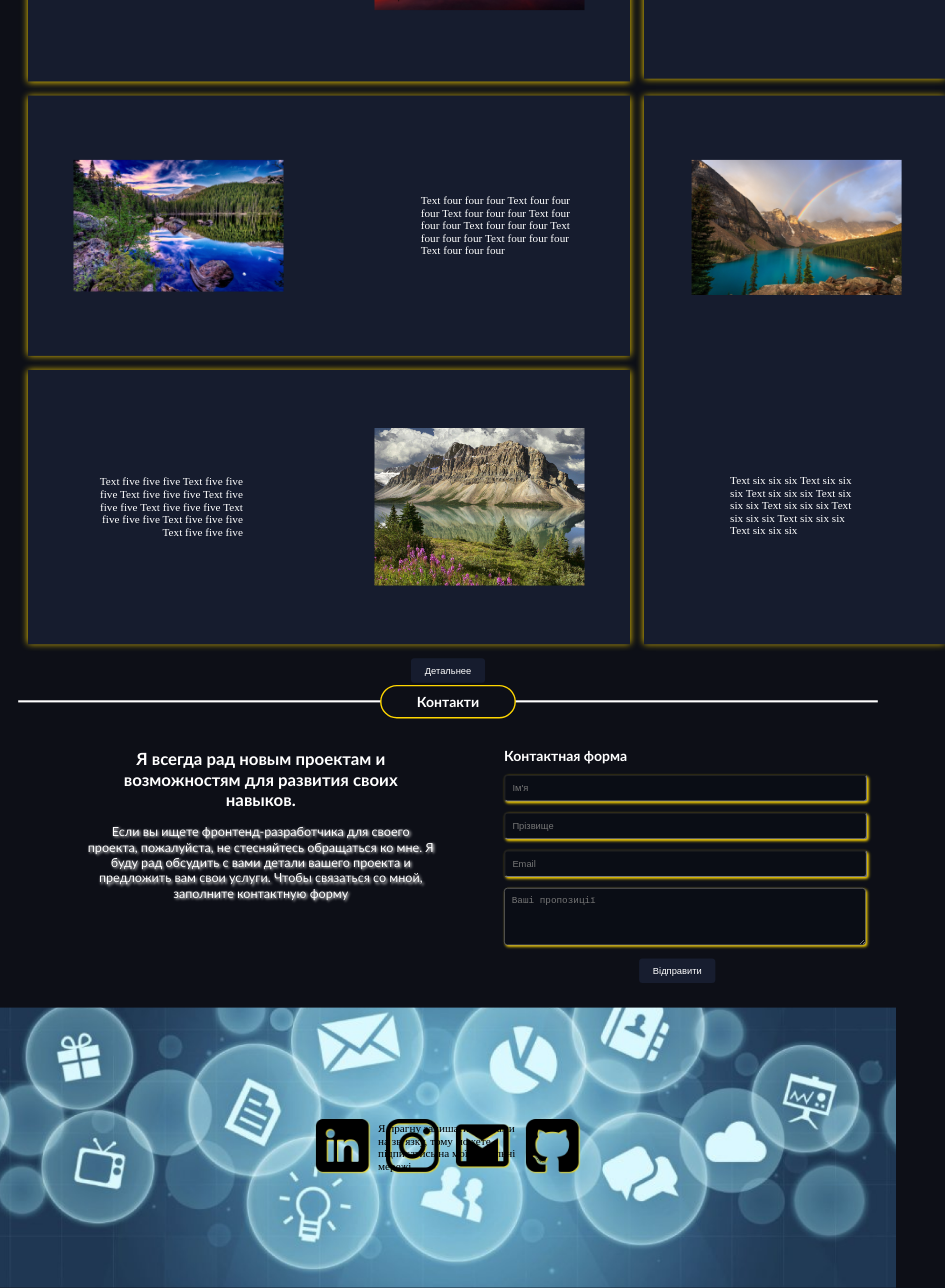
Repository: qtqqrdy13/cv-2
Page: index.html
The author's editor kept a copy of each file at every save. The page is drawn from the files as they stood at one save, then again after the next save.
The browser window is 1280 px wide. The page is 1350 px wide, so the pictures cover 1350 px, including what lies to the right of the window. The pictures show the part of the page from y = 3628 to 5468 px (the page is 5468 px tall), at 70% of full size.

Above is the page before, as saved 2023-10-12 16:56:07.

### index.html
<!DOCTYPE html>
<html lang="en">

<head>
    <link rel="stylesheet" href="main.css">
    <meta charset="UTF-8">
    <meta name="viewport" content="width=device-width, initial-scale=1.0">
    <title>Батуров Олексій</title>
</head>

<body>
    <!--Navigation-->
    <header>
        <div class="logo">
            <img src="../cv 2/image/media/logo.png" alt="logo">
        </div>
        <nav>
            <ul>
                <li><a href="">Головна</a></li>
                <li><a href="#about">Про мене</a></li>
                <li><a href="#skills">Мої скіли</a></li>
                <li><a href="#portfolio">Портфоліо</a></li>
                <li><a href="">Контакти</a></li>
            </ul>
        </nav>
    </header>
    <!--Navigation-->

    <!--Two images-->
    <div class="container-top">
        <div class="img-container">
            <img class="img-1" src="../cv 2/image/code.gif" alt="">
            <img class="img-2" src="../cv 2/image/photo_2023-09-09_18-51-06.jpg" alt="">
        </div>
        <!--Two images-->

        <!--About Oleksiy-->
        <div class="container-text">
            <div id="about"></div>
            <div class="text-block">
                <h1>Олексій Батуров</h1>
            </div>
        </div>
    </div>
    <div class="description">
        <p>Я професіонал, чия пристрасть до веб-розробки
            помітна в кожному рядку коду, який я створюю.
            За час моєї практики я набув глибоких знань у
            різних галузях веб-технологій, включаючи HTML,
            CSS, JavaScript, а також популярні фреймворки
            та бібліотеки. Мої навички дозволяють мені
            створювати унікальні та сучасні веб-сайти,
            які поєднують у собі функціональність, стиль
            та оптимальну продуктивність. </p>
    </div>
    <!--About Oleksiy-->

    <!--Edge-->
    <div id="about_us">
        <div class="announcement">
            <h2 class="title">
                Скіли
            </h2>
        </div>
    </div>
    <!--Edge-->

    <!--Skills-->
    <div id="skills"></div>
    <div class="container">
        <div class="row">
            <div class="block">
                <h2>Скіли Дизайнера</h2>
                <div class="content">
                    <ul>
                        <li>Figma</li>
                        <li>Photoshop</li>
                        <li>Illustrator</li>
                        <li>Scratch</li>
                        <li>AdobeXD</li>
                        <li>Corel Draw</li>
                    </ul>
                </div>
            </div>
            <div class="block">
                <h2>Скіли Front-End розробника</h2>
                <div class="content">
                    <ul>
                        <li>HTML</li>
                        <li>CSS</li>
                        <li>JavaScript</li>
                        <li>ReactJS</li>
                        <li>ReactNative</li>
                        <li>AngularJS</li>
                        <li>NodeJS</li>
                        <li>VueJS</li>
                        <li>JQuerry</li>
                        <li>TypeScript</li>
                        <li>PHPMyAdmin</li>
                    </ul>
                </div>
            </div>
            <div class="block">
                <h2>Володіння CMS - платформами</h2>
                <div class="content">
                    <ul>
                        <li>WordPress</li>
                        <li>OpenCard</li>
                        <li>Joomla</li>
                        <li>Drupal</li>
                        <li>TYPEO3</li>
                    </ul>
                </div>
            </div>
        </div>
    </div>
    <!--Skills-->

    <!--Edge-->
    <div id="about_us">
        <div class="announcement">
            <h2 class="title">
                Портфоліо
            </h2>
        </div>
    </div>
    <!--Edge-->

    <!--Portfolio-->
    <div class="angry-grid">
        <div id="portfolio"></div>
        <div id="item-0">
            <img src="../cv 2/image/media/1.jpg" alt="Image 0" />
            <p>Text one one one Text one one one Text one one one Text one one one
                Text one one one Text one one one Text one one one Text one one one
            </p>
        </div>
        <div id="item-1">
            <img src="../cv 2/image/media/2.jpg" alt="Image 1" />
            <p>Text two two two Text two two two Text two two two Text two two two
                Text two two two Text two two two Text two two two Text two two two
            </p>
        </div>
        <div id="item-2">
            <div class="content-container">
                <p>Text three three three Text three three three Text three three three
                    Text three three three Text three three three Text three three three
                </p>
                <img src="../cv 2/image/media/3.jpg" alt="Image 2" />
            </div>
        </div>
        <div id="item-3">
            <img src="../cv 2/image/media/4.jpg" alt="Image 3" />
            <p>Text four four four Text four four four Text four four four Text four four four
                Text four four four Text four four four Text four four four Text four four four
            </p>
        </div>
        <div id="item-4">
            <div class="content-container">
                <p>Text five five five Text five five five Text five five five Text five five five
                    Text five five five Text five five five Text five five five Text five five five
                </p>
                <img src="../cv 2/image/media/5.jpg" alt="Image 4" />
            </div>
        </div>
        <div id="item-5">
            <img src="../cv 2/image/media/6.jpg" alt="Image 5" />
            <p>Text six six six Text six six six Text six six six Text six six six
                Text six six six Text six six six Text six six six Text six six six
            </p>
        </div>
    </div>

    <div class="detail-button">
        <button>Детальнее</button>
    </div>
    <!--Portfolio-->
    <!--Edge-->
    <div id="about_us">
        <div class="announcement">
            <h2 class="title">
                Контакти
            </h2>
        </div>
    </div>
    <!--Edge-->
    </div>
    <div class="container_contact">
        <div class="text">
            <h2>Я всегда рад новым проектам и возможностям для развития своих навыков. </h2>
            <p>Если вы ищете фронтенд-разработчика для своего проекта, пожалуйста, не стесняйтесь обращаться ко мне. Я
                буду рад обсудить с вами детали вашего проекта и предложить вам свои услуги.

                Чтобы связаться со мной, заполните контактную форму</p>
        </div>
        <div class="form">
            <h2>Контактная форма</h2>
            <form method="post">
                <div class="form-group">
                    <input type="text" id="name" name="name" placeholder="Ім'я" required>
                </div>
                <div class="form-group">
                    <input type="text" id="secondname" name="secondname" placeholder="Прізвище" required>
                </div>
                <div class="form-group">
                    <input type="text" id="email" name="email" placeholder="Email">
                </div>
                <div class="form-group">
                    <textarea id="message" name="message" rows="4" placeholder="Ваші пропозиції" required></textarea>
                </div>
                <div class="form-group">
                    <button type="submit">Відправити</button>
                </div>
            </form>
        </div>
    </div>
    <footer>
        <div class="social_icons">

            <a href="" class="icon">
                <img src="./image/icons/linkedin 1.png" alt="">
            </a>
            <a href="" class="icon">
                <img src="./image/icons/instagram 1.png" alt="">
            </a>
            <a href="" class="icon">
                <img src="./image/icons/gmail-logo 1.png" alt="">
            </a>
            <a href="" class="icon">
                <img src="./image/icons/github-sign 1.png" alt="">
            </a>
             <div class="icons_text"><p>Я прагну залишатись з Вами на зв’язку, тому можете підписатись на мої соціальні мережі</p></div>
        </div>
    </footer>
</body>

</html>

### main.css
body {
    background-color: #0d0f17;
    margin: 0;
    padding: 0;

}

/*Navigation*/
header {
    background-color: #161C2E;
    color: white;
    padding: 10px 0px;
    position: fixed;
    top: 0;
    width: 100%;
    display: flex;
    justify-content: space-between;
    align-items: center;
    z-index: 1000;
}

.logo img {
    height: 50px;
    margin-left: 50px;
}

nav ul {
    list-style: none;
    margin-right: 50px;
}

nav li {
    display: inline;
    margin-right: 50px;
    position: relative; /* Добавляем позицию относительно элементов меню */
}

nav a {
    text-decoration: none;
    color: white;
    font-weight: bold;
    font-size: 18px;
}

nav a:hover {
    color: gold;
    font-size: 18px;
    text-shadow: 0 0 10px gold;
    transform: scale(1.05);
    transition: transform 0.6s ease-in-out;
}

/* Добавляем стили для анимации */
nav li::before {
    content: "";
    position: absolute;
    width: 100%;
    height: 2px;
    background-color: gold;
    bottom: 0;
    left: 0;
    transform: scaleX(0); /* Изначально нулевая ширина */
    transform-origin: right;
    transition: transform 0.3s ease-in-out;
}

nav li::after {
    content: "";
    position: absolute;
    width: 100%;
    height: 2px;
    background-color: gold;
    bottom: 0;
    right: 0;
    transform: scaleX(0); /* Изначально нулевая ширина */
    transform-origin: left;
    transition: transform 0.3s ease-in-out;
}

nav li:hover::before,
nav li:hover::after {
    transform: scaleX(1); /* Увеличиваем ширину до 100% */
}


/*Two images*/
.container-top {
    display: flex;
    flex-direction: column;
    align-items: center;
    width: 100%;
    overflow: visible;
    position: relative;
}

.img-container {
    width: 100%;
    max-width: 100vw;
    position: relative;
    overflow: visible;
    order: 1;
}

.img-1 {
    width: 100%;
    height: 500px;
    position: relative;
}
.img-1:hover{
    animation: slideUp 2s ease-in-out infinite alternate;
}

.img-2 {
    width: 400px;
    height: 400px;
    max-width: 100%;
    position: absolute;
    top: calc(60% + 10%);
    left: 50%;
    transform: translateX(-50%);
    z-index: 2;
    border-radius: 50%;
    transition: transform 0.5s ease;
}

.img-2:hover {
    transform: translateX(-50%) rotate(360deg);
    animation: spin 2s linear infinite;
}

@keyframes spin {
    0% { transform: translateX(-50%) rotate(0deg); }
    100% { transform: translateX(-50%) rotate(360deg); }
}

@keyframes slideUp {
    0% {
        transform: translateY(0);
    }

    100% {
        transform: translateY(-20px);
    }
}

@media screen and(max-width: 768px) {
    .container {
        padding: 2px;
    }

    .img-1,
    .img-2 {
        height: auto;
    }
}

/*About Oleksiy*/
.container-text {
    display: flex;
    flex-direction: column;
    align-items: center;
    justify-content: center;
    height: 100vh;
    order: 2;
}

.text-block {
    width: 530px;
    height: 214px;
    font-size: 60px;
    text-align: center;
    color: white;
    animation: fadeIn 2s ease-in-out;
    margin: 0 auto;
}

.description {
    width: 700px;
    height: 256px;
    text-align: center;
    color: white;
    animation: slideIn 2s ease-in-out;
    margin: 0 auto;
    margin-bottom: 10%;
}

@keyframes fadeIn {
    0% {
        opacity: 0;
    }

    100% {
        opacity: 1;
    }
}

@keyframes slideIn {
    0% {
        transform: translateY(-20px);
        opacity: 0;
    }

    100% {
        transform: translateY(0);
        opacity: 1;
    }
}

/* Адаптация для мелких скринов */
@media (max-width: 600px) {
    .text-block {
        font-size: 36px;
    }

    .description {
        font-size: 18px;
    }
}

/* Адаптация для планшей */
@media (min-width: 601px) and (max-width: 1024px) {
    .text-block {
        font-size: 48px;
    }

    .description {
        font-size: 24px;
    }
}

@media (min-width: 1025px) {
    .text-block {
        font-size: 72px;
    }

    .description {
        font-size: 30px;
    }
}

/*Edge*/
.announcement {
    height: 3px;
    background-color: white;
    display: flex;
    justify-content: center;
    align-items: center;
    margin: 2% 2%;
}

.title {
    animation-name: fade-in;
    animation-duration: 0.3s;
    text-align: center;
    text-decoration: none;
    color: white;
    border: 2px solid gold;
    background-color: #0d0f17;
    border-radius: 30px;
    padding: 10px 50px;
}

.title:hover {

    color: gold;
    font-size: 26px;
    box-shadow: 0 0 6px gold;
}

@keyframes fade-in {
    from {
        opacity: 0;
    }

    to {
        opacity: 1;
    }
}

/*Skills*/
.container {
    display: flex;
    flex-direction: column;
    align-items: center;
}

.row {
    display: flex;
    flex-wrap: wrap;
    justify-content: space-between;
}

.block {
    border: 2px solid gold;
    margin: 10px;
    padding: 20px;
    animation: fade-in 1s ease-in-out;
    width: calc(50% - 20px);
    height: 400px;
    box-shadow: 1px 1px 6px gold;
    text-align: center;
    box-sizing: border-box;
    display: flex;
    flex-direction: column;
    justify-content: flex-start;
    align-items: center;
}

.block:hover {
    box-shadow: 2px 2px 12px gold;
}

h2 {
    font-size: 20px;
    font-family: 'Trebuchet MS', 'Lucida Sans Unicode', 'Lucida Grande', 'Lucida Sans', Arial, sans-serif;
    margin-top: 10px 0 0 0;
    color: white;
}

.content {
    display: flex;
    flex-direction: column;
    align-items: center;
    justify-content: center;
    height: 100%;
}

.content ul {
    list-style-type: square;
    padding-left: 20px;
    margin: 0;
}

h2:hover {
    font-size: 21px;
    text-shadow: 0px 0px 12px white;
}

.content li {
    font-size: 18px;
    color: white;
}

.content li:hover {
    font-size: 19px;
    text-shadow: 0px 0px 12px white;
}

@keyframes fade-in {
    0% {
        opacity: 0;
    }

    100% {
        opacity: 1;
    }
}

@media screen and (max-width: 1024px) {
    .block {
        padding: 10px;
        width: calc(50% - 20px);
        height: 250px;
    }

    .block h2 {
        font-size: 18px;
    }

    .content li {
        font-size: 16px;
    }
}

@media screen and (max-width: 750px) {
    .block {
        padding: 10px;
        width: calc(50% - 20px);
        height: 200px;
    }

    .block h2 {
        font-size: 16px;
    }

    .content li {
        font-size: 14px;
    }
}


@media screen and (min-width: 1200px) {
    .block {
        width: 400px;
        height: 400px;
    }

    .row {
        justify-content: center;
        width: calc(65% - 10px)
    }
}

/*Portfolio*/
.angry-grid {
    display: grid;
    grid-template-rows: 1fr 1fr 1fr 1fr;
    grid-template-columns: 1fr 1fr 1fr 1fr 1fr;
    margin: 0 auto;
    max-width: 1200px;
    padding: 0 15px;
}

#item-0 {
    background-color: #161C2E;
    grid-row-start: 1;
    grid-column-start: 1;
    grid-row-end: 2;
    grid-column-end: 3;
    margin-bottom: 20px;
    width: 860px;
    height: 370px;
    box-shadow: 0 0 10px gold;
    display: grid;
    grid-template-columns: 3fr 1fr;
    align-items: center;
    transition: transform 0.6s ease-in-out;
}

#item-0:hover {
    box-shadow: 0 0 18px gold;
    border-radius: 10px;
    transform: scale(1.05);
}

#item-0 img {
    max-width: 300px;
    max-height: 300px;
    margin-left: 65px;
}

#item-0 p {
    margin-right: 90px;
    margin-left: -90px;
    color: white;
}

#item-1 {
    background-color: #161C2E;
    grid-row-start: 1;
    grid-column-start: 3;
    grid-row-end: 3;
    grid-column-end: 4;
    margin-left: 20px;
    width: 430px;
    height: 760px;
    box-shadow: 0 0 10px gold;
    display: grid;
    grid-template-columns: 1fr;
    grid-template-rows: 1fr auto;
    align-items: center;
    justify-items: center;
    transition: transform 0.6s ease-in-out;
}

#item-1:hover {
    box-shadow: 0 0 18px gold;
    border-radius: 10px;
    transform: scale(1.05);
}

#item-1 img {
    max-width: 300px;
    max-height: 300px;
    margin-top: -100px;

}

#item-1 p {
    margin-right: 90px;
    margin-bottom: 125px;
    margin-left: 100px;
    color: white;
    padding: 20px;
}

#item-2 {
    background-color: #161C2E;
    grid-row-start: 2;
    grid-column-start: 1;
    grid-row-end: 3;
    grid-column-end: 3;
    margin-bottom: 20px;
    box-shadow: 0 0 10px gold;
    display: grid;
    grid-template-columns: 1fr;
    align-items: center;
    transition: transform 0.6s ease-in-out;
}

#item-2 .content-container {
    display: flex;
    flex-direction: row;
    align-items: center;
    justify-content: space-between;
}

#item-2 img {
    max-width: 300px;
    max-height: 300px;
    margin-right: 65px;
}

#item-2 p {
    flex: 1;
    margin-right: 20px;
    color: white;
    text-align: right;
    margin-right: 100px;
    padding: 94px;
}

#item-2:hover {
    box-shadow: 0 0 18px gold;
    border-radius: 10px;
    transform: scale(1.05);
}

#item-3 {
    background-color: #161C2E;
    grid-row-start: 3;
    grid-column-start: 1;
    grid-row-end: 4;
    grid-column-end: 3;
    margin-bottom: 20px;
    box-shadow: 0 0 10px gold;
    display: flex;
    align-items: center;
    justify-content: center;
    transition: transform 0.6s ease-in-out;
}

#item-3:hover {
    box-shadow: 0 0 18px gold;
    border-radius: 10px;
    transform: scale(1.05);
}

#item-3 img {
    max-width: 300px;
    max-height: 300px;
    margin-left: 65px;
}

#item-3 p {
    margin-right: -50px;
    margin-left: 71px;
    color: white;
    padding: 125px;
}

#item-4 {
    background-color: #161C2E;
    grid-row-start: 4;
    grid-column-start: 1;
    grid-row-end: 5;
    grid-column-end: 3;
    box-shadow: 0 0 10px gold;
    display: grid;
    grid-template-columns: 1fr auto;
    align-items: center;
    transition: transform 0.6s ease-in-out;
}

#item-4 .content-container {
    display: flex;
    flex-direction: row;
    align-items: center;
    justify-content: space-between;
    flex-wrap: nowrap;
}

#item-4 img {
    max-width: 300px;
    max-height: 300px;
    margin-right: 65px;
}

#item-4 p {
    color: white;
    text-align: right;
    margin-right: 129px;
    margin-left: 43px;
    padding: 59px;
}

#item-4:hover {
    box-shadow: 0 0 18px gold;
    border-radius: 10px;
    transform: scale(1.05);
}

#item-5 {
    background-color: #161C2E;
    grid-row-start: 3;
    grid-column-start: 3;
    grid-row-end: 5;
    grid-column-end: 4;
    margin-left: 20px;
    box-shadow: 0 0 10px gold;
    display: grid;
    grid-template-rows: 1fr auto;
    justify-content: center;
    align-items: center;
    align-content: space-between;
    transition: transform 0.6s ease-in-out;
}

#item-5 img {
    max-width: 300px;
    max-height: 300px;
    margin-top: -124px;
    margin-left: 68px;
}

#item-5 p {
    margin-right: 90px;
    margin-bottom: 130px;
    margin-left: 100px;
    color: white;
    padding: 23px;
}

#item-5:hover {
    box-shadow: 0 0 18px gold;
    border-radius: 10px;
    transform: scale(1.05);
}

@media (max-width: 768px) {
    .angry-grid {
        grid-template-columns: 1fr 1fr;
        max-width: 768px;
        margin-left: 0;
    }
}

@media (min-width: 1313px) {
    .angry-grid {
        max-width: 1313px;
        padding: 45px 20px;
    }
}

/* Стили для .detail-button */
.detail-button {
    text-align: center;
    margin-top: 20px;
}

.detail-button button {
    padding: 10px 20px;
    background-color: #161C2E;
    color: white;
    border: none;
    border-radius: 5px;
    cursor: pointer;
}

.detail-button button:hover {
    background-color: #161C2E;
    box-shadow: 0 0 12px white;
}
.container_contact {
    display: flex;
    justify-content: space-between;
    border-radius:15px;
    padding:0 45px;

}
.text h2{
    color:white;
    font-size:24px;

}
.text p{
    color:white;
    font-size:18px;
    font-family:'Trebuchet MS', 'Lucida Sans Unicode', 'Lucida Grande', 'Lucida Sans', Arial, sans-serif;
    text-shadow:2px 2px 4px white;
}
.text {
    flex: 1;
    padding:20px 80px;
    text-align: center;

}

.form {
    flex: 1;
    padding: 20px;
    border-radius: 5px;
    border:none;
}

.form-group {
    margin-bottom: 15px;
}

.form-group label {
    display: block;
    margin-bottom: 5px;
    font-weight: bold;

}

.form-group input[type="text"],
.form-group textarea {
    width: 100%;
    padding: 10px;
    border-radius: 5px;
    background-color:#0a0d15;
    box-shadow:2px 2px 4px gold;
}

.form-group button {
    background-color: #171d2f;
    display:flex;
    align-items: center;
    justify-content: center;
    color: #fff;
    border: none;
    padding: 10px 20px;
    border-radius: 5px;
    cursor: pointer;

    margin: 0 auto;
}

.form-group button:hover {
    box-shadow: 2px 2px 4px gold;


}
footer{
    margin: 0;
    width: 100%;
    height:400px;
    background-image:url('./image/icons/13123213213213213.png');
    position: relative;
    background-position: center center;
}
.social_icons{
    position:absolute;
    top:50%;
    left: 50%;
    transform:translate(-50%, -50%);
    display: flex;
    justify-content: center;
    align-items: center;
}
.social_icons a{
    margin:0 10px;
}
.social_icons img{
    width: 80px;
    height: 80px;
    transition: transform 0.6s ease-in-out;

}
.social_icons img:hover{
    transform: scale(1.2);


}
.icons_text {
    position:absolute;
    top:50%;
    left: 50%;
    transform:translate(-50%, -50%);

}
.icons_text p {
    margin:0;

}

After the next save:
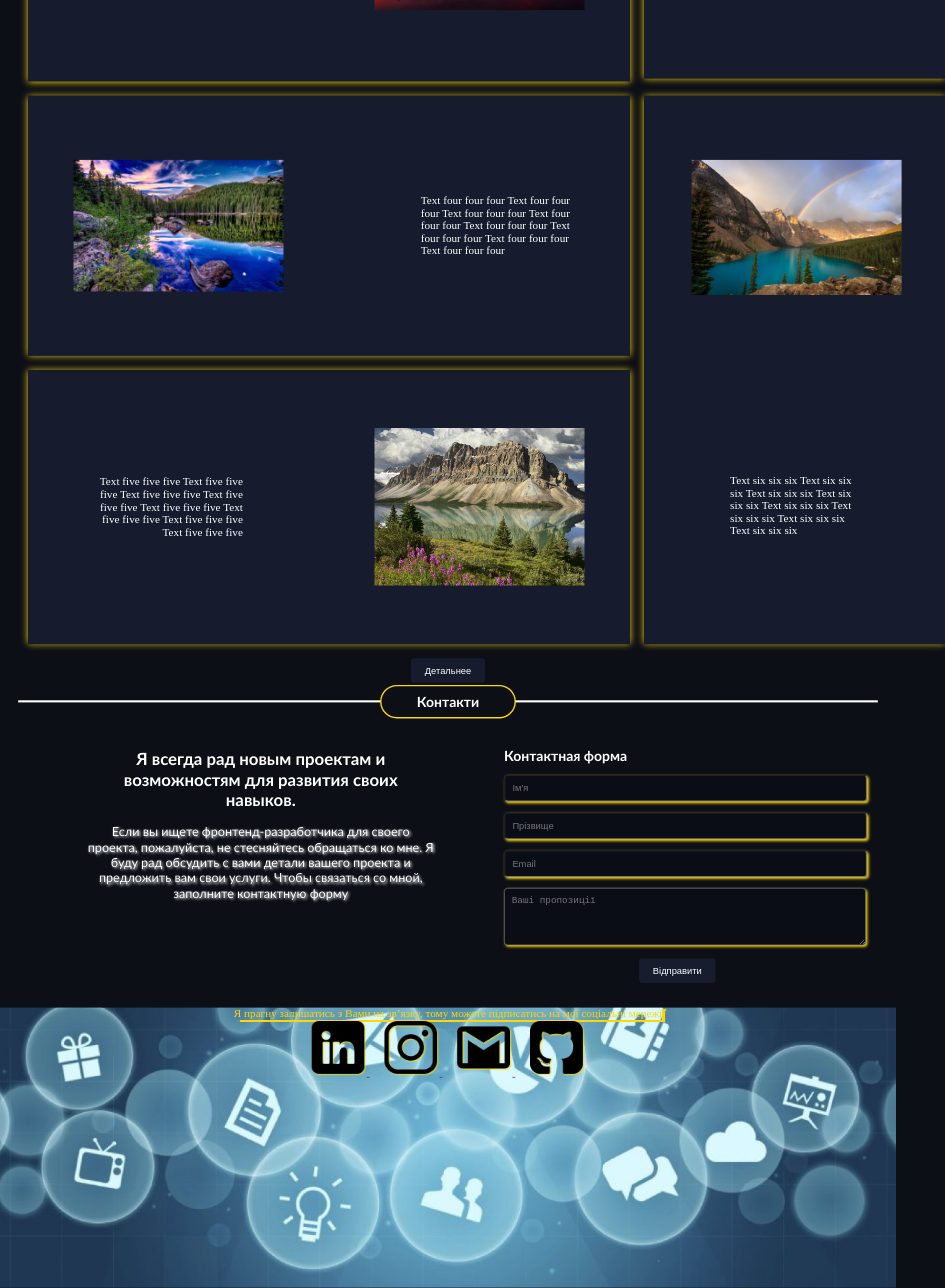
Saved 3 days later.
--- a/index.html
+++ b/index.html
@@ -216,7 +216,10 @@
     </div>
     <footer>
         <div class="social_icons">
-
+            <div class="icons_text">
+                <p>Я прагну залишатись з Вами на зв’язку, тому можете підписатись на мої соціальні мережі</p>
+            </div>
+            <div class="icons_conteiner"></div>
             <a href="" class="icon">
                 <img src="./image/icons/linkedin 1.png" alt="">
             </a>
@@ -229,8 +232,9 @@
             <a href="" class="icon">
                 <img src="./image/icons/github-sign 1.png" alt="">
             </a>
-             <div class="icons_text"><p>Я прагну залишатись з Вами на зв’язку, тому можете підписатись на мої соціальні мережі</p></div>
-        </div>
+        </div>
+        </div>
+
     </footer>
 </body>
 
--- a/main.css
+++ b/main.css
@@ -749,38 +749,33 @@ footer{
     background-image:url('./image/icons/13123213213213213.png');
     position: relative;
     background-position: center center;
+    display: flex;
+    flex-direction: column;
+    justify-self: center;
+    align-items: center;
 }
 .social_icons{
-    position:absolute;
-    top:50%;
-    left: 50%;
-    transform:translate(-50%, -50%);
-    display: flex;
-    justify-content: center;
-    align-items: center;
-}
-.social_icons a{
-    margin:0 10px;
+    text-align: center;
+}
+
+.icons_conteiner{
+    display: flex;
+    justify-content:center;
+    align-items: center;
+}
+.social_icons .icon{
+    margin: 0 10px;
 }
 .social_icons img{
     width: 80px;
     height: 80px;
-    transition: transform 0.6s ease-in-out;
-
+    transition:transform 0.6s ease-in-out;
 }
 .social_icons img:hover{
-    transform: scale(1.2);
-
-
-}
-.icons_text {
-    position:absolute;
-    top:50%;
-    left: 50%;
-    transform:translate(-50%, -50%);
-
+transform:scale(1.2);
 }
 .icons_text p {
-    margin:0;
-
-}
+    margin: 0;
+    color:gold;
+    box-shadow:5px 2px 1px gold;
+}
